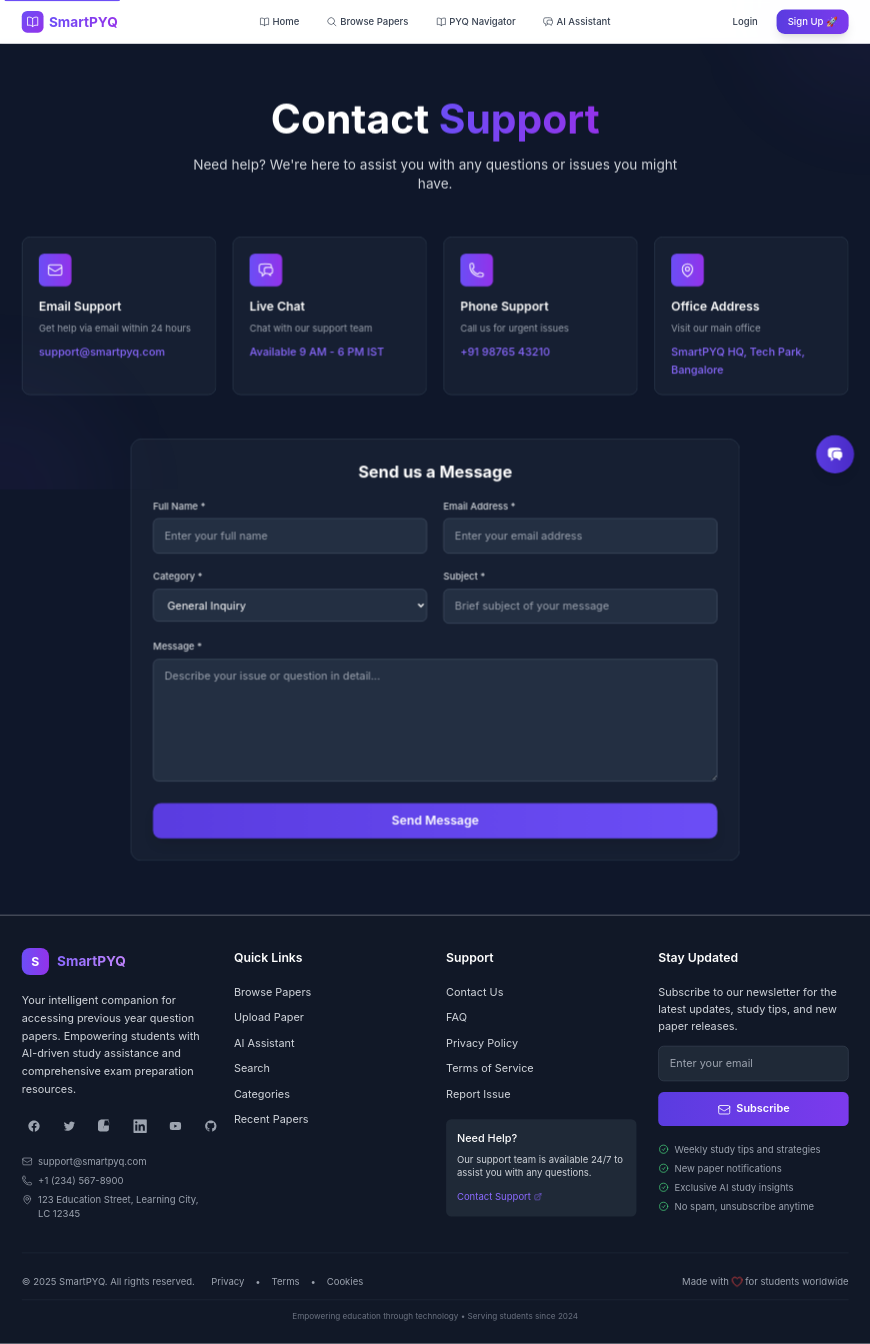
Repository: sumer52/smartpyq
Page: /contact (app in smartpyq-frontend/)
The author's editor kept a copy of each file at every save. The page is drawn from the files as they stood at one save, then again after the next save.
The browser window is 1280 px wide. The pictures show the whole page, at 68% of full size.
The project was rebuilt for these pictures with package versions that can differ from the ones it lists, and the page was loaded fresh each time. Also part of the build but not shown: smartpyq-frontend/vite.config.js. Imported but missing from the stored project, and not drawn on this page: smartpyq-frontend/src/pages/RegisterPage.

Above is the page before, as saved 2025-09-09 03:18:00.

After the next save:
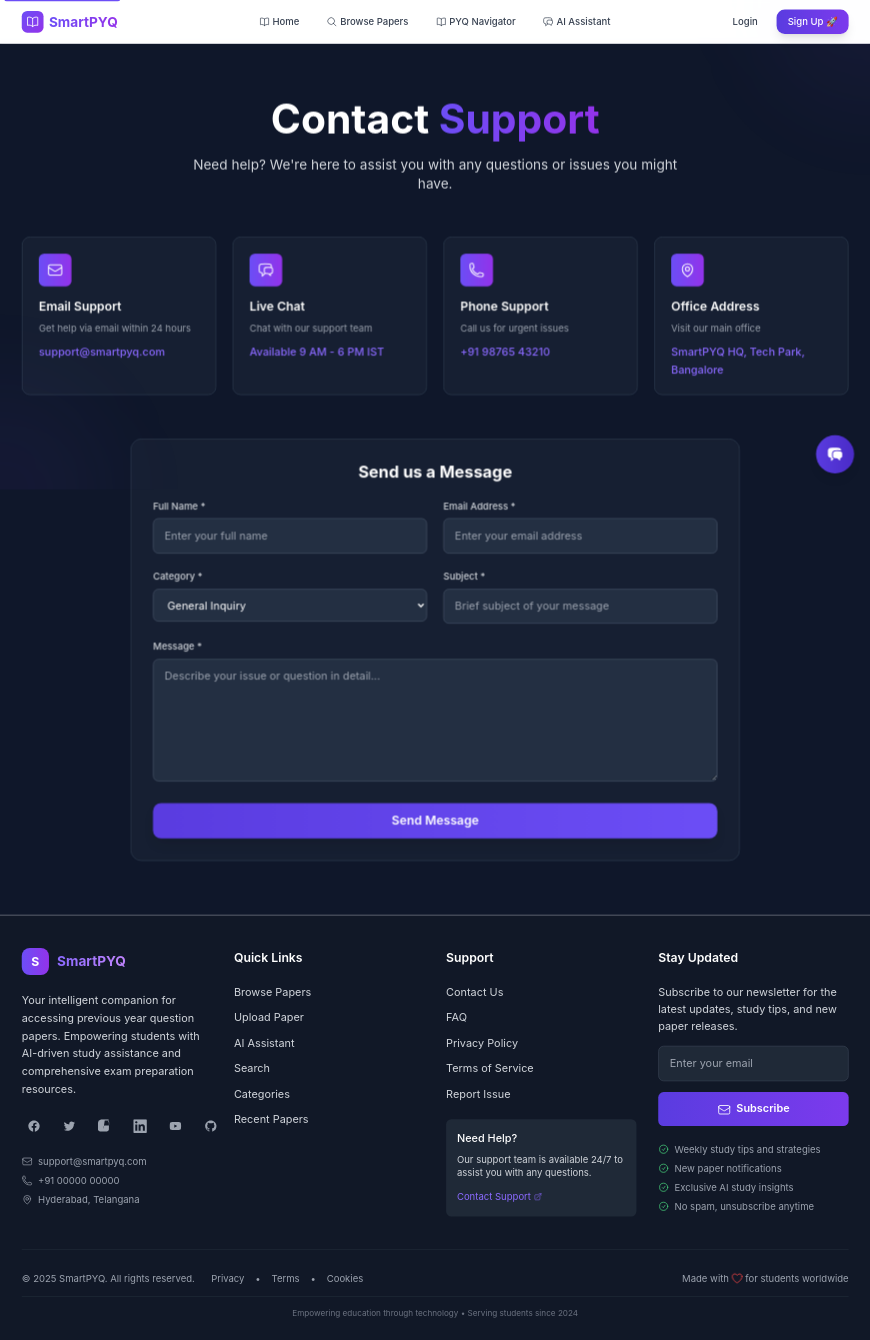
Saved 4 min 49 s later.
--- a/smartpyq-frontend/src/components/Footer.jsx
+++ b/smartpyq-frontend/src/components/Footer.jsx
@@ -243,13 +243,13 @@ const Footer = ({ className = "" }) => {
               </div>
               <div className="flex items-center">
                 <PhoneIcon className="h-4 w-4 mr-2" />
-                <a href="tel:+1234567890" className="hover:text-white transition-colors">
-                  +1 (234) 567-8900
+                <a href="tel:+910000000000" className="hover:text-white transition-colors">
+                  +91 00000 00000
                 </a>
               </div>
               <div className="flex items-start">
                 <MapPinIcon className="h-4 w-4 mr-2 mt-0.5 flex-shrink-0" />
-                <span>123 Education Street, Learning City, LC 12345</span>
+                <span>Hyderabad, Telangana</span>
               </div>
             </div>
           </motion.div>
